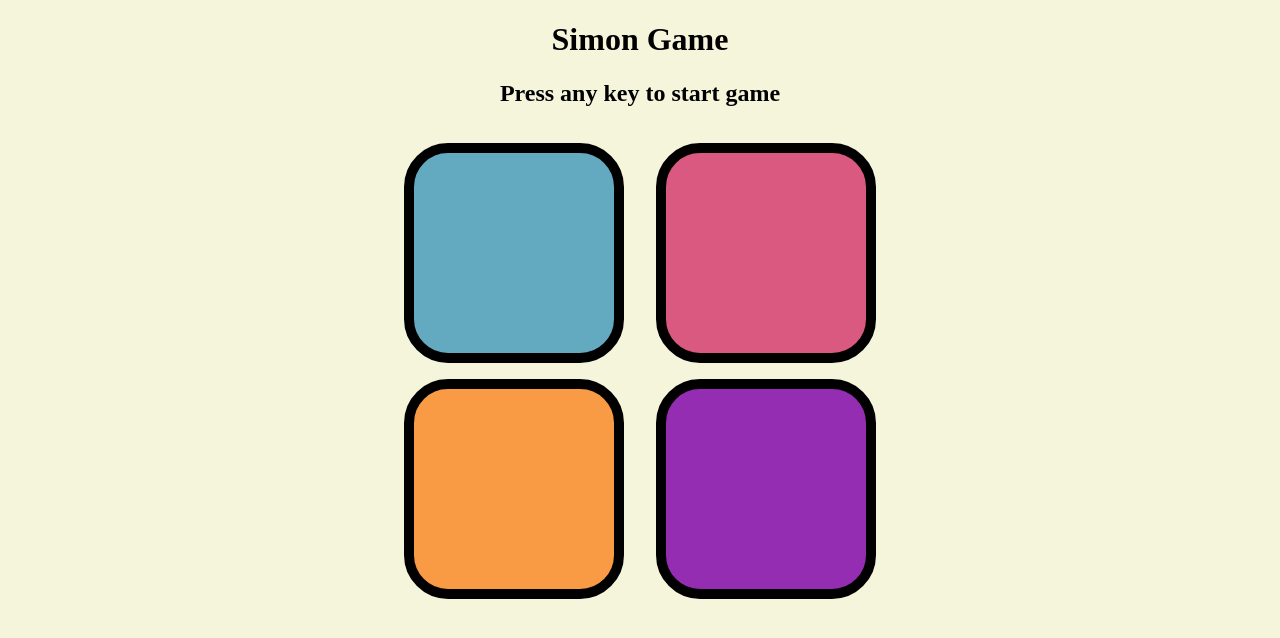
Repository: Ruchii02/javascript-mini-project
Page: index.html
The author's editor kept a copy of each file at every save. The page is drawn from the files as they stood at one save, then again after the next save.
The browser window is 1280 px wide. The pictures show the whole page.

Above is the page before, as saved 2024-07-02 11:17:40.

After the next save:
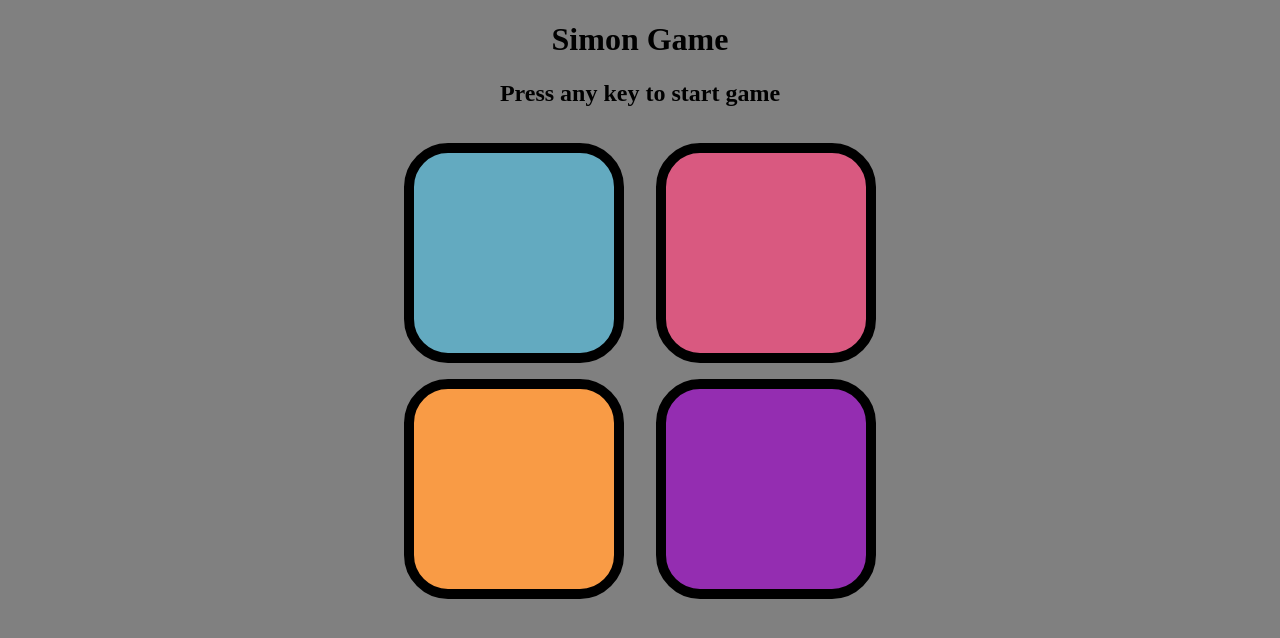
Saved 13 s later.
--- a/style.css
+++ b/style.css
@@ -1,6 +1,6 @@
 body{
     text-align: center;
-    background-color:beige
+    background-color:gray;
 }
 .btn{
     height: 200px;
